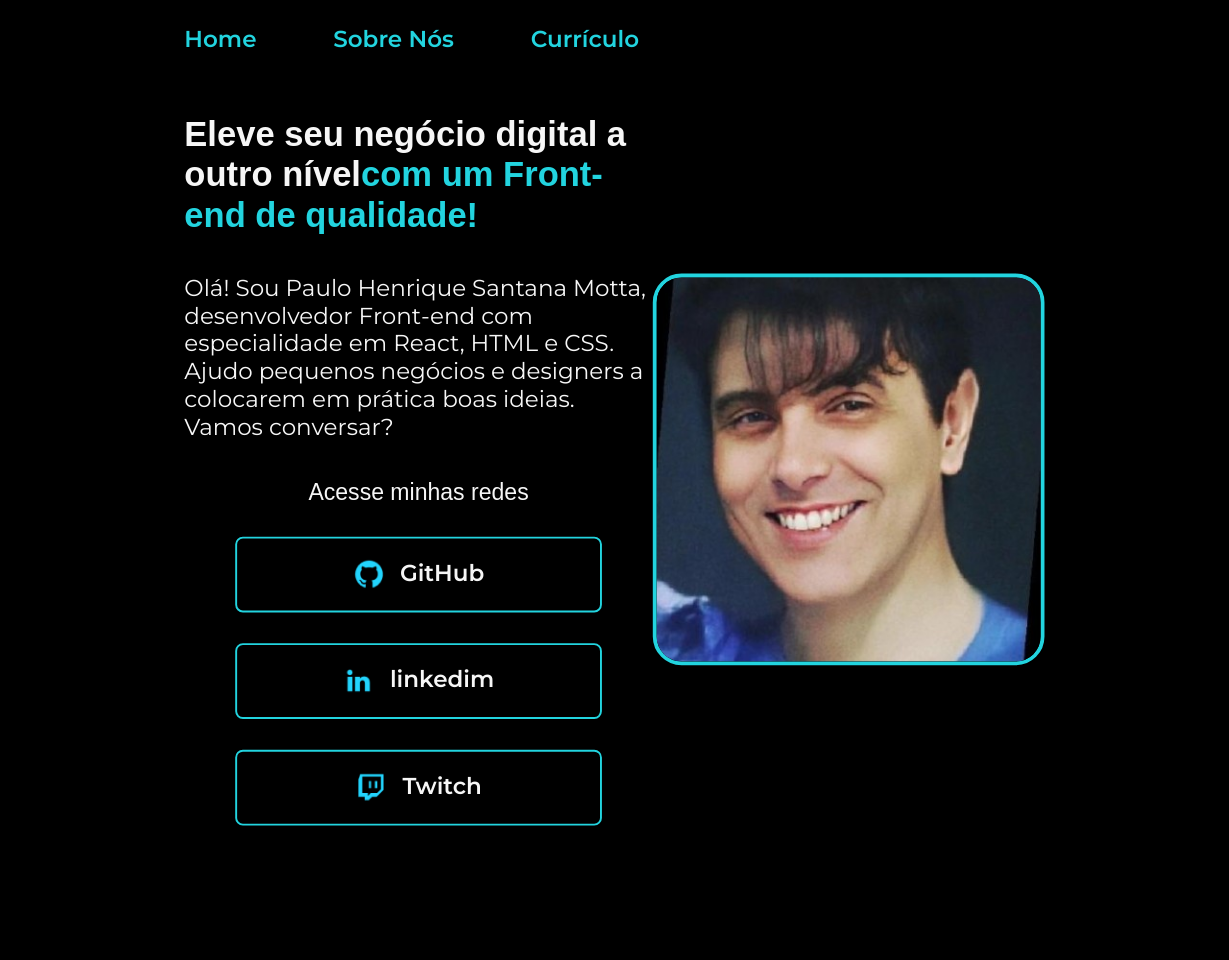
Repository: phsmottanerd/projeto-portfolio-alura
Page: index.html
An editor plug-in stored every save of this project. The page is shown before and after the next save, followed by the edit.
The browser window is 1280 px wide. The pictures show the whole page, at 96% of full size.
Some web fonts or font styles are not loaded; a fallback is used.

Above is the page before, as saved 2025-01-28 01:30:58.

### index.html
<!DOCTYPE html>
<html lang="pt-br">
  <head>
    <meta charset="UTF-8" />
    <meta http-equiv="X-UA-Compatible" content="IE=edge" />
    <meta name="viewport" content="width=device-width, initial-scale=1.0" />
    <title>Portifolio</title>
    <link rel="stylesheet" href="./estilos/style.css" />
  </head>

  <body>
    <header class="cabecalho">
      <nav class="cabecalho__menu">
        <a class="cabecalho__menu__link" href="index.html">Home</a>
        <a class="cabecalho__menu__link" href="about.html">Sobre Nós</a>
        <a class="cabecalho__menu__link">Currículo</a>
      </nav>
    </header>
    <main class="apresentacao">
      <section class="apresentacao__conteudo">
        <h1 class="apresentacao__conteudo__titulo">
          Eleve seu negócio digital a outro nível<strong class="titulo-destaque"
            >com um Front-end de qualidade!
          </strong>
        </h1>
        <p class="apresentacao__conteudo__texto">
          Olá! Sou Paulo Henrique Santana Motta, desenvolvedor Front-end com especialidade em
          React, HTML e CSS. Ajudo pequenos negócios e designers a colocarem em
          prática boas ideias. Vamos conversar?
        </p>
        <div class="apresentacao__links">
          <h2 class="apresentacao__links__subtitulo">Acesse minhas redes</h2>
          <a
            class="apresentacao__links__link"
            href="https://github.com/phsmottanerd"
          >
            <img src="./img/github.png" />
            GitHub
          </a>
          <a
            class="apresentacao__links__link"
            href="https://linkedim.com/phsmottanerd"
          >
            <img src="./img/linkedin.png" />
            linkedim
          </a>
          <a class="apresentacao__links__link" href="https://.com/phsmottanerd">
            <img src="./img/twitch.png" />
            Twitch
          </a>
        </div>
      </section>
      <img class="img-foto" src="./img/1722867171561.jpg" alt="Paulo Henrique Santana Motta  programandor" />
    </main>
    <footer class="rodape">
      <p>Desenvolvido por Paulo Henrique Santana Motta</p>
    </footer>
  </body>
</html>

### estilos/style.css
@import url("https://fonts.googleapis.com/css2?family=Krona+One&family=Montserrat:wght@400;600&display=swap");

:root {
  --cor-primaria: #000000;
  --cor-secundaria: #f6f6f6;
  --cor-terciaria: #22d4df;
  --cor-hover: #272727;
}

* {
  margin: 0;
  padding: 0;
}

body {
  box-sizing: border-box;
  background-color: var(--cor-primaria);
  color: var(--cor-secundaria);
}
.cabecalho {
  padding: 2% 0% 0% 15%;
}
.cabecalho__menu {
  display: flex;
  gap: 80px;
}

.cabecalho__menu__link {
  font-family: "Montserrat", sans-serif;
  font-size: 24px;
  font-weight: 600;
  color: var(--cor-terciaria);
  text-decoration: none;
}

.titulo-destaque {
  color: var(--cor-terciaria);
}

.apresentacao {
  padding: 5% 15%;
  display: flex;
  align-items: center;
  justify-content: space-between;
}
.apresentacao__conteudo {
  width: 615px;
  display: flex;
  flex-direction: column;
  gap: 40px;
}

.apresentacao__conteudo__titulo {
  font-size: 36px;
  font-family: "Krona One", sans-serif;
}

.apresentacao__conteudo__texto {
  font-size: 24px;
  font-family: "Montserrat", sans-serif;
}

.apresentacao__links {
  display: flex;
  flex-direction: column;
  justify-content: space-between;
  align-items: center;
  gap: 32px;
}
.apresentacao__links__subtitulo {
  font-family: "Krona One", sans-serif;
  font-weight: 400;
  font-size: 24px;
}
.apresentacao__links__link {
  /* background-color: #22D4FD; */
  justify-content: center;
  gap: 16px;
  display: flex;
  border: 2px solid var(--cor-terciaria);
  width: 378px;
  text-align: center;
  border-radius: 8px;
  font-size: 24px;
  font-weight: 600;
  padding: 21.5px 0;
  text-decoration: none;
  color: #f6f6f6;
  font-family: "Montserrat", sans-serif;
}
.apresentacao__links__link:hover {
  background-color: var(--cor-hover);
}
.rodape {
  padding: 24px;
  color: #000;
  background-color: var(--cor-primaria);
  text-align: center;
  font-family: "Montsearrat", sans-serif;
  font-size: 24px;
  font-weight: 400;
}
.img-foto {
  border-radius: 30px;
  border: 4px solid #22d4Df;
  width: 500px;
  heighit: 500px;
}

After the next save:
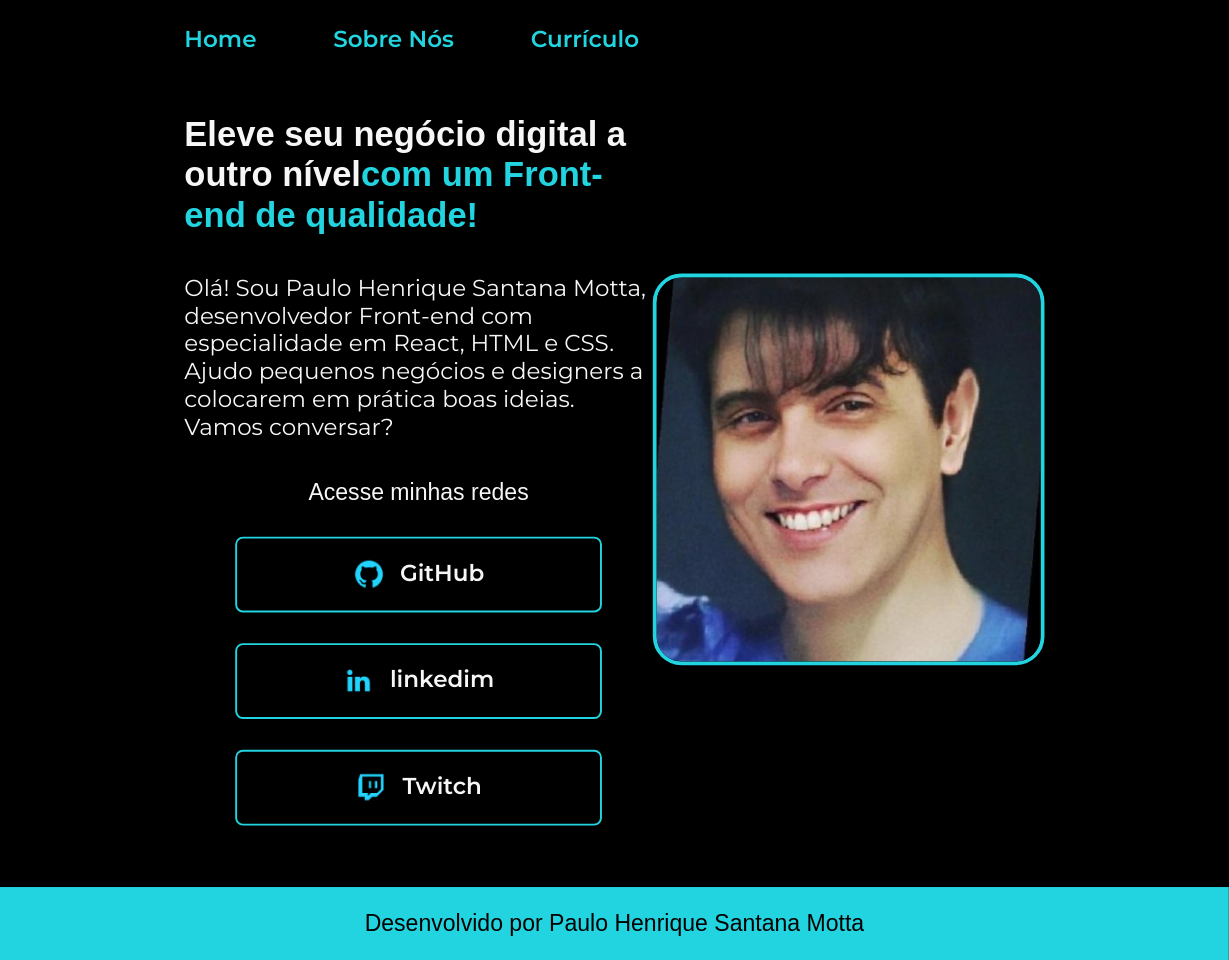
Saved 31 s later.
--- a/estilos/style.css
+++ b/estilos/style.css
@@ -94,7 +94,7 @@ body {
 .rodape {
   padding: 24px;
   color: #000;
-  background-color: var(--cor-primaria);
+  background-color: var(--cor-terciaria);
   text-align: center;
   font-family: "Montsearrat", sans-serif;
   font-size: 24px;
